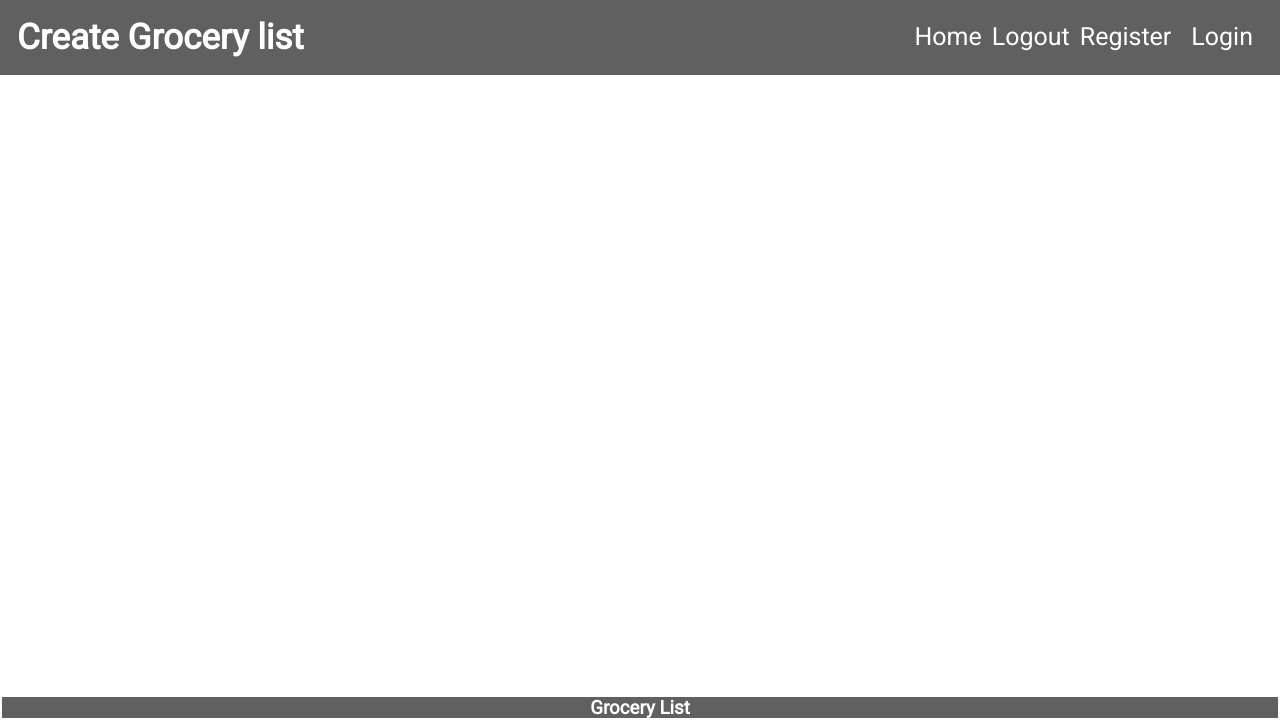
Repository: mhyder1/grocery-client
Page: /grocery-lists/1
The author's editor kept a copy of each file at every save. The page is drawn from the files as they stood at one save, then again after a run of saves.
The browser window is 1280 px wide. The pictures show the whole page.
The project was rebuilt for these pictures with package versions that can differ from the ones it lists, and the page was loaded fresh each time. Also part of the build but not shown: src/Components/Header/Header.js, src/Components/Errorpage/ErrorPage.js, src/Config/Config.js, src/services/AuthAPIService.js, src/services/TokenService.js, src/Components/Login/Login.js, src/Components/Validation/ValidationError.js, src/Components/BackButton/BackButton.js and 5 more.

Above is the page before, as saved 2020-12-22 10:27:12.

### src/index.js
import React from 'react';
import ReactDOM from 'react-dom';
import {BrowserRouter} from "react-router-dom";
import App from './App';



ReactDOM.render(
  <BrowserRouter>
    <App />
  </BrowserRouter>,
  document.getElementById('root')
);

### src/App.js
import React from "react";
import "./App.css"
import {Route } from "react-router-dom"
import Header from "./Components/Header/Header"
import Context from "./Context/Context"
import ErrorPage from "./Components/Errorpage/ErrorPage"
import Navbar from "./Components/Navbar/Navbar"
import Login from "./Components/Login/Login";
import ListForm from "./Components/ListForm/ListForm";
import CategoriesPage from "./Components/CategoriesPage/CategoriesPage";
import EditList from "./Components/EditList/EditList";
import Features from "./Components/Features/Features";
import Footer from "./Components/Footer/Footer";
import Register from "./Components/Register/Register";
import List from "./Components/Lists/List"
import GroceryList from "./Components/GroceryList/GroceryList"
import listData from "./listData"


class App extends React.Component {

  state = {
    lists: listData.lists,
    categories: listData.categories,
    user: {
      userName: "",
      user_id: "",
    },



    toggleComplete: (id) => {
      this.setState({
        lists: this.state.lists.map((list) => {
          if (list.id === id) {
            list.checked = !list.checked;
            let checked = list.checked;
            let listChecked = { id, checked };
          }
          return list;
         })

        })
      }

  };

  handleLogout = () => {

  }

  setLoggedInUserLists = (lists) => {

  }

  setCategories = (categories) => {
    this.setState({categories})
  }

  setUser = () => {

  }

  createList = (list) => {
    this.setState({
      lists: [...this.state.lists, list],
    });

  }

  deleteList = (listid) => {
    let newLists =this.state.lists.filter((lid) => lid.id !== listid);
      this.setState({
        lists: newLists
    })

  };

  updateList = (editList) => {
    this.setState({
      lists: this.state.lists.map((l) =>
        l.id !== editList.id ? l : editList
      ),
    });

  };
  render() {

    /* remove state from handler */
        let contextValue = {
         lists: this.state.lists,
         categories: this.state.categories,
         user: this.state.user,
         setLoggedInUserLists: this.state.setLoggedInUserLists,
         setUser: this.state.setUser,
         setCategories: this.setCategories,
         handleLogout: this.handleLogout,
         toggleComplete: this.state.toggleComplete,
         createList: this.createList,
         deleteList: this.deleteList,
          updateList: this.updateList,
    };
    return (

     <Context.Provider value = {contextValue}>
        <ErrorPage>
          <div className="App">
            <Route path="/" component={Navbar} />

            <Route exact path="/" component={Header} />
            <Route exact path="/login" component={ Login}/>

            <Route exact
            path={["/add-list", "/add-list/:category"]}
            component = {ListForm}
            />
            <Route exact path="/register" component={Register} />
            <Route
            exact
            path="/grocery-list-categories"
            component ={CategoriesPage}
             />
             <main>
               <div className="main-lists">
                 <Route
                   exact
                   path={[
                     "/grocery-list",
                     "/grocery-list/:id",
                     "/completed-list",
                     "/completed-lists/:id"
                   ]}
                   render={(props) => <GroceryList {...props} checked={false} />}
                 />
                 <Route
                   exact
                   path={[
                     "/grocery-list",
                     "/grocery-list/:id",
                     "/completed-list",
                     "/completed-lists/:id"
                   ]}
                   render={(props) => <GroceryList {...props} checked={true} />}
                 />
                 <div className="view-list">
                   <Route
                     exact
                     path={["/grocery-list/:id", "/completed-list/:id"]}
                     render={(props) => (
                       <List {...props} selected={this.state.selected} />
                     )}
                   >
                   </Route>
                 </div>
               </div>
               <Route
                 exact
                 path="/edit-list/:id"
                 render={(props) => (
                   <EditList />
                 )}
               />
               <Route exact path="/" component={Features} />
             </main>
             <Route path="/" component={Footer}/>
          </div>
        </ErrorPage>
      </Context.Provider>

    )
  }
}

export default App

### src/App.css
    * {
        box-sizing: border-box;
        font-family: 'Roboto', sans-serif;
        margin: 0;
        padding: 0;
    }

    body {
        margin: 0;
        padding: 0;
        height: 100%;
    }

    .delete-button,
    .edit-button,
    .close-button {
        margin: 5px;
        padding: 5px;
        font-size: 15px;
        margin-top: 15px;
        border-radius: 10px;
        background-color: #606060;
        border: 3px #606060 solid;
        box-shadow: 0 3px 0 #606060;
        color: white;
        cursor: pointer;
    }
    /* Todolist / main todos page */

    .completed-check-logo {
        position: relative;
        bottom: 25px;
        left: 5px;
        font-size: 30px;
        color: white;
    }

    .create-list-button {
        padding: 10px;
        font-size: 15px;
        margin-top: 15px;
        border-radius: 20px;
        background-color: #606060;
        border: 3px #606060 solid;
        box-shadow: 0 3px 0 #606060;
        cursor: pointer;
        transition: all 0.1s linear;
        color: white;
    }

    .create-list-button:active {
        color: white;
        box-shadow: 0 3px 0 #606060;
        transform: translateY(3px);
    }

    .create-list-button a {
        color: white;
    }

    .create-list-button a {
        text-decoration: none;
        color: white;
    }

    .pending-lists ul a {
        text-decoration: none;
    }

    .completed-lists,
    .pending-lists a:link {
        color: white;
        margin: 2px;
    }

    .completed-lists ul a {
        text-decoration: none;
    }

    .edit-delete-lists {
        display: inline-block;
        padding: 10px;
    }

    .GroceryList,
    .view-lists {
        flex: 1;
    }

    .main-lists {
        background: white;
        text-align: center;
        display: flex;
    }

    .inactive-form {
        display: none;
    }

    ul li {
        padding: 10px;
        list-style-type: none;
        border-radius: 20px;
        margin: 10px;
        background-color: #606060;
    }

    .list-textbox {
        padding: 5px;
        border: #606060 2px solid;
        border-radius: 10px;
        width: 75%;
        margin: 0 auto;
        margin-top: 5%;
    }

    ul {
        padding-left: 0;
    }

    .view-lists {
        display: flex;
        flex-direction: column;
        align-items: center;
    }

    .view-list-task {
        border: #606060 2px solid;
        background: #606060;
        border-radius: 20px;
        margin-top: 30px;
        width: 85%;
    }

    .view-list-category {
        color: white;
    }

    .list-details,
    .list-checkbox,
    .edit-delete-lists {
        margin-top: 10px;
    }

    .list-textbox {
        background: white;
        height: 20px;
    }

    .checkmark {
        height: 15px;
        width: 15px;
        background-color: #eee;
    }

    .checkmark p {
        font-size: 20px;
    }

    .list-checkbox {
        display: flex;
        justify-content: center;
    }
    /* Modal styling */

    .modal {
        position: fixed;
        top: 0;
        left: 0;
        width: 100%;
        height: 100%;
        background: white;
        color: white;
    }

    .modal-main {
        color: white;
        position: fixed;
        background: #606060;
        width: 80%;
        height: 60%;
        top: 50%;
        left: 50%;
        transform: translate(-50%, -50%);
    }

    .modal-main h2 {
        margin-top: 25px;
    }

    .display-block {
        display: block;
    }

    .display-none {
        display: none;
    }
    /* Edit form */

    .edit-lists {
        justify-content: center;
        justify-content: space-between;
    }

    .edit-form {
        color: white;
        display: flex;
        flex-direction: column;
        align-items: center;
        padding: 35px;
    }

    .edit-list-input {
        margin: 2px;
        color: white;
        border-radius: 20px;
        padding: 5px;
        width: 90%;
    }

    .edit-price-input {
        margin: 5px;
        border-radius: 20px;
        padding: 5px;
        width: 90%;
    }

    .edit-weight-input {
        margin: 2px;
        border-radius: 20px;
        padding: 5px;
        width: 90%;
    }

    .edit-note-input {
        margin: 5px;
        border-radius: 20px;
        padding: 5px;
        width: 90%;
        height: 100px;
    }

    .edit-list-label {
        color: white;
        font-size: 20px;
        padding: 5px;
    }

    .edit-section {
        height: 50vh;
        margin: auto;
        width: 100%;
        border: #606060 2px solid;
        background: #606060;
        border-radius: 20px;
        padding: 15px;
    }

    .edit-list-button {
        margin: 5px;
        padding: 5px;
        font-size: 15px;
        margin-top: 15px;
        border-radius: 10px;
        background-color: #606060;
        border: 3px white solid;
        box-shadow: 0 3px 0 #606060;
        color: white;
        cursor: pointer;
    }
    /* Features / get started homepage */

    .features {
        display: flex;
        flex-wrap: wrap;
        justify-content: space-evenly;
        background-color: #606060;
        padding: 150px;
    }

    .features-p {
        width: 45%;
        border: white 2px solid;
        border-radius: 20px;
        padding: 50px;
        margin: 15px;
        color: white;
    }

    .homepage-features {
        display: flex;
    }

    .features-check,
    .features-update,
    .features-star {
        font-size: 80px;
        color: white;
    }
    /* Footer */

    .footer {
        border: white 2px solid;
        background-color: #606060;
        color: white;
        height: 25px;
        position: fixed;
        bottom: 0;
        width: 100%;
    }

    @media screen and (min-width: 320px) and (max-width: 2000px) {
        .homepage-features {
            display: flex;
        }
        .features {
            display: flex;
            flex-wrap: wrap;
            justify-content: space-evenly;
            background-color: #606060;
            padding: 75px;
        }
        p {
            color: white;
        }
        .features-p {
            border: white 2px solid;
            padding: 77px;
            margin: 15px;
            width: 100%;
            color: white;
        }
    }

    @media screen and (min-width: 320px) and (max-width: 768px) {
        header {
            padding: 50px;
        }
        .features {
            padding: 122px;
        }
    }

    @media screen and (min-width: 320px) and (max-width: 425px) {
        .register-form {
            display: flex;
            flex-direction: column;
            align-items: center;
            border: grey 2px solid;
            width: 80%;
            padding: 50px;
            border-radius: 20px;
            margin-top: 10%;
        }
    }

### src/Context/Context.js
import React from "react";


let Context = React.createContext({
    lists: [],
    categories: [],
    setLoggedInUserLists: () => { },
    setUser: () => { },
    setCategories: () => { },
    handleLogout: () => { },
    toggleComplete: () => { },
    createList: () => { },
    deleteList: () => { },
    updateList: () => { },

});

export default Context;

### src/Components/Navbar/Navbar.js
import React from "react"
import { Link } from "react-router-dom";
import Context from "../../Context/Context"
import "./Navbar.css"

class Navbar extends React.Component {
    static contextType = Context

    render() {
        return (
            <nav>
                <div className="logo-section">
                    <h1>
                        <Link to="/grocery-list-categories">Create Grocery list</Link>
                    </h1>

                </div>

                <div className="nav-links">
                    <Link to="/grocery-list-categories">Home
                    </Link>

                    <button
                    type="submit"
                    className="logout-button"
                    >
                        Logout


                    </button>
                    <Link to ="/register">
                        <button
                        className="register-button" type="submit"
                        > Register

                        </button></Link>
                        <Link to ="/login">
                            <button type="submit" className="login-button">
                                Login

                            </button>
                        </Link>

                </div>


            </nav>
        );
    }


}

export default Navbar;

### src/Components/Footer/Footer.js
import React from "react";

function Footer() {
    return(
        <footer className="footer">
            <h3>Grocery List</h3>
        </footer>
    )
}


export default Footer;

### src/Components/Header/Header.css
.App {
    text-align: center;
}

header {
    padding: 200px;
}

header h2 {
    font-size: 35px;
    color: #0d0e18;
}

span {
    display: block;
}

.logo-section {
    display: flex;
    align-items: center;
}

.logo-check {
    font-size: 35px;
    color: #bec0cf;
}


/* button */

#create-here {
    padding: 14px;
    font-size: 20px;
    margin-top: 20px;
    border-radius: 20px;
    background-color: #929497;
    border: 3px #909499 solid;
    box-shadow: 0 3px 0 #5b5b5e;
    cursor: pointer;
    transition: all 0.1s linear;
}

#create-here:active {
    box-shadow: 0 3px 0 #929497;
    transform: translateY(3px);
}

#create-here a {
    text-decoration: none;
    color: white;
}

### src/Components/Navbar/Navbar.css
/* Navbar*/

nav {
    border: #606060 2px solid;
    background: #606060;
    padding: 15px;
    font-size: 30px;
    width: 100%;
    display: flex;
    justify-content: space-between;
    flex-wrap: wrap;
}

nav h1 {
    font-size: 35px;
}

.nav-links a {
    margin: 10px;
    font-size: 25px;
    color: white;
}

nav h1,
nav a {
    text-decoration: none;
    color: white;
}

nav a:hover {
    color: #36332c;
}

### src/Components/Login/Login.css
.credentials-section {
    display: flex;
    flex-direction: column;
    border: 2px solid grey;
    padding: 30px;
    border-radius: 20px;
    align-items: center;
    margin-top: 2%;
    background: #d4cdcb;
}

.create-account {
    padding: 15px;
    font-size: 25px;
}

.login-form-input {
    border-radius: 20px;
    padding: 5px;
    width: 90%;
}

.login-sign-in {
    padding: 12px;
    margin-top: 20px;
    border-radius: 20px;
    font-size: 20px;
    background-color: #595a5c;
    color: white;
    cursor: pointer;
}

.login-username,
.login-password {
    font-size: 20px;
    padding: 5px;
    color: #3d405b;
}

.login-form {
    display: flex;
    flex-direction: column;
    align-items: center;
}

.login-form {
    color: #3d405b;
}

.login-form h1 {
    margin-top: 25px;
}

.create-an-account {
    padding: 15px;
}

.register-button,
.logout-button,
.login-button {
    border: none;
    background: none;
    font-size: 25px;
    color: #3d405b;
    padding: 0;
}

register-button:hover,
.logout-button:hover,
.login-button:hover {
    color: #312f29;
}

### src/Components/ListForm/ListForm.css
.add-list-form {
    display: flex;
    flex-direction: column;
    align-items: center;
}

.add-list-button,
.back-button {
    margin: 5px;
    padding: 5px;
    font-size: 15px;
    margin-top: 15px;
    border-radius: 10px;
    background-color: #929497;
    border: 3px #929497 solid;
    box-shadow: 0 3px #929497;
    color: white;
    cursor: pointer;

}

.add-list-section {
    display: flex;
    flex-direction: column;
    align-items: center;
    border: 2px #929497 solid;
    border-radius: 20px;
    padding: 15px;
    width: 75%;
}

#category-dropdown {
    padding: 5px;
    margin: 10px;
    border-radius: 20px;
}

.list-label {
    font-size: 20px;
    padding: 5px;
    color: #3d405b;
}

.add-name-input {
    border-radius: 20px;
    padding: 5px;
    width: 60%;
}

.add-note-input {
    border-radius: 20px;
    padding: 5px;
    width: 60%;
    height: 100px;
}

.add-price-input{
    border-radius: 20px;
    padding: 5px;
    width: 30%;
    height: auto;

}

.add-Weight-input{
    border-radius: 20px;
    padding: 5px;
    width: 30%;
    height: auto;

}

.register-button {
    color: white;
}

.register-button:hover {
    color:#36332c;
}

.logout-button {
    color: white;
}

.login-button {
    color: white;
}

### src/Components/CategoriesPage/CategoriesPage.css
.categories-header h1 {
    color: 	#404040;
}




.veg {
    background-color: #606060;
    color: white;
}

.fruits {
    background-color: #606060;
    color: white;
}

.grain {
    background-color: #606060;
    color: white;
}

.frozen {
    background-color: #606060;
    color: white;
}

.btn {
    background-color: #606060;
}

.grocery-list-category.btn a {
    color: white;
    font-size: 20px;
    text-decoration: none;
}

.mis {
    background-color: #606060;
    color: white;
}

.grocery-list-categories {
    display: flex;
    justify-content: center;
    flex-wrap: wrap;
    margin: 10px auto;
    max-width: 1200px;
    flex-direction: column;
    padding-bottom: 10px;
}

.add-cat-button {
  background: white;
  border: 3px #929497 solid;
  box-shadow: 0 3px #929497;
  border-radius: 10px;
  height: 30px;
  width: 110px;
  margin: 10px;

}

.add-cat-button:hover {
    color: white;
    background: #D0D0D0
}

.add-cat-button a,
a:active {
  font-size: 15px;
  text-decoration: none;
  color: black;
}

.grocery-list-category {
  margin: 15px 2.5%;
  max-width: 1200px;
  padding: 50px;
  flex-basis: 45%;
  box-sizing: border-box;
  border-radius: 20px;
}
.categories-1-2,
.categories-3-4,
.categories-5 {
  flex: 1;
}






@media screen and (min-width: 767px) {
    .grocery-list-categories {
        flex-direction: row;
    }

    header.categories-header {
        padding: 45px;
    }



}

### src/Components/Register/Register.css
/* Register user page */

.register-user {
    display: flex;
    justify-content: center;
}

h2 {
    color: #606060;
}

.register-form {
    border-radius: 20px;
    background: #606060;
    display: flex;
    flex-direction: column;
    align-items: center;
    border: #606060 2px solid;
    width: 40%;
    padding: 50px;
    margin-top: 5%;
}

.register-form input {
    border-radius: 20px;
    padding: 5px;
    width: 90%;
}

.register-name,
.register-username,
.register-password,
.confirm-password {
    font-size: 20px;
    padding: 5px;
    color: white;
}

.register-error {
    border: 2px white solid;
    border-radius: 20px;
    padding: 5px;
    background: white;
    color: #3d405b;
}

.register-submit {
    border: white 2px solid;
    padding: 20px;
    margin-top: 20px;
    border-radius: 20px;
    font-size: 20px;
    background-color: #606060;
    color: white;
    cursor: pointer;
}

@media screen and (min-width: 320px) and (max-width: 425px) {
    .register-form {
        display: flex;
        flex-direction: column;
        align-items: center;
        border: grey 2px solid;
        width: 80%;
        padding: 50px;
        border-radius: 20px;
        margin-top: 10%;
    }
}

Loaded but not shown: public/index.html (common file); src/Components/GroceryList/GroceryList.js (98 lines, source omitted); src/Components/Lists/List.js (99 lines, source omitted); src/listData.js (71 lines, source omitted)

After the next 6 saves:
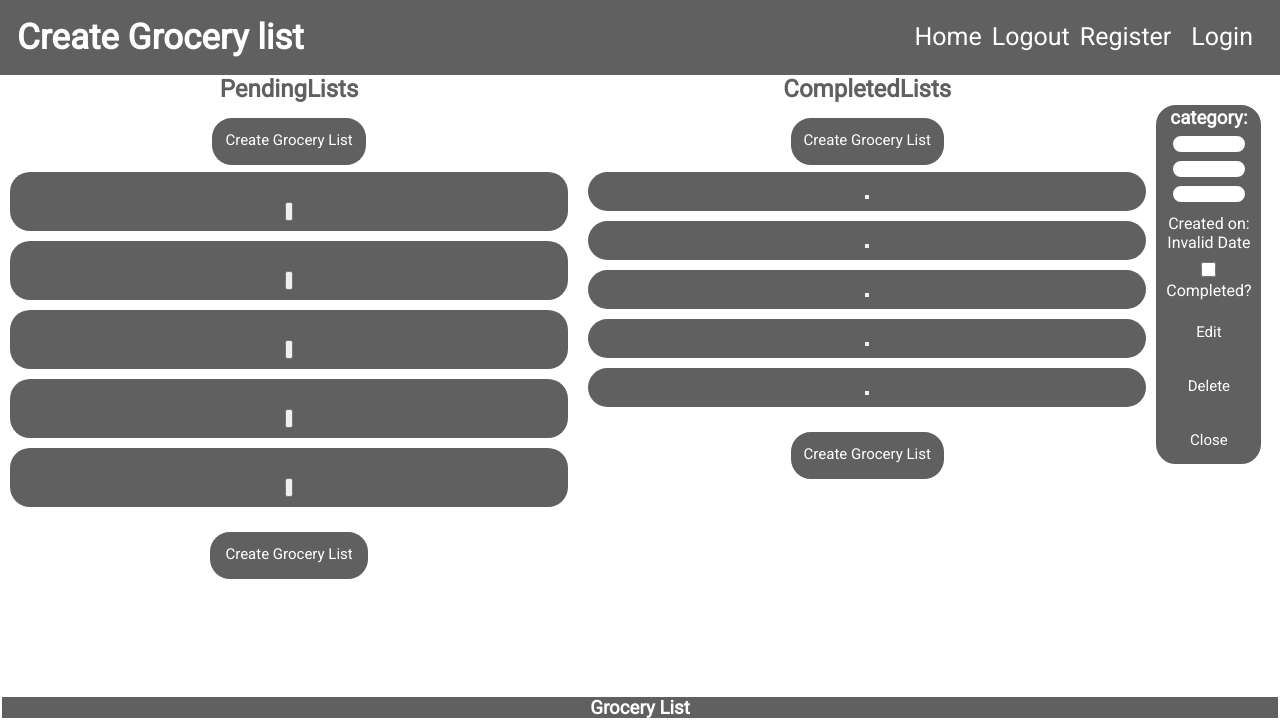
The 6 saves are shown as one change because 5 did not build or start.
The last was saved 4 h 40 min later.
--- a/src/App.js
+++ b/src/App.js
@@ -1,6 +1,6 @@
 import React from "react";
 import "./App.css"
-import {Route } from "react-router-dom"
+import { Route } from "react-router-dom"
 import Header from "./Components/Header/Header"
 import Context from "./Context/Context"
 import ErrorPage from "./Components/Errorpage/ErrorPage"
@@ -60,13 +60,24 @@ class App extends React.Component {
   setUser = () => {
 
   }
+  /* unable to create new list */
 
-  createList = (list) => {
+  createList = (event) => {
+    let lists = event.target.lists.value;
+      // name: event.target.value,
+      // note: event.target.value,
+      // price: event.target.value,
+      // weight: event.target.value,
+      // category: event.target.value,
+
+    let newLists = event.target.lists;
+    newLists.push(lists)
     this.setState({
-      lists: [...this.state.lists, list],
+      lists: [...this.state.lists, newLists],
     });
 
   }
+  /* unable to delete list */
 
   deleteList = (listid) => {
     let newLists =this.state.lists.filter((lid) => lid.id !== listid);
@@ -75,6 +86,8 @@ class App extends React.Component {
     })
 
   };
+
+  /* unable to update list */
 
   updateList = (editList) => {
     this.setState({
@@ -86,12 +99,11 @@ class App extends React.Component {
   };
   render() {
 
-    /* remove state from handler */
-        let contextValue = {
+    let contextValue = {
          lists: this.state.lists,
          categories: this.state.categories,
          user: this.state.user,
-         setLoggedInUserLists: this.state.setLoggedInUserLists,
+         setLoggedInUserLists: this.setLoggedInUserLists,
          setUser: this.state.setUser,
          setCategories: this.setCategories,
          handleLogout: this.handleLogout,
@@ -102,7 +114,7 @@ class App extends React.Component {
     };
     return (
 
-     <Context.Provider value = {contextValue}>
+     <Context.Provider value={contextValue}>
         <ErrorPage>
           <div className="App">
             <Route path="/" component={Navbar} />
@@ -125,44 +137,55 @@ class App extends React.Component {
                  <Route
                    exact
                    path={[
-                     "/grocery-list",
-                     "/grocery-list/:id",
-                     "/completed-list",
+                     "/grocery-lists",
+                     "/grocery-lists/:id",
+                     "/completed-lists",
                      "/completed-lists/:id"
+
                    ]}
                    render={(props) => <GroceryList {...props} checked={false} />}
+
                  />
-                 <Route
+                  <Route
                    exact
                    path={[
-                     "/grocery-list",
-                     "/grocery-list/:id",
-                     "/completed-list",
+                     "/grocery-lists",
+                     "/grocery-lists/:id",
+                     "/completed-lists",
                      "/completed-lists/:id"
+
                    ]}
                    render={(props) => <GroceryList {...props} checked={true} />}
+
                  />
                  <div className="view-list">
                    <Route
                      exact
-                     path={["/grocery-list/:id", "/completed-list/:id"]}
+                     path={["/grocery-lists/:id", "/completed-lists/:id"]}
                      render={(props) => (
-                       <List {...props} selected={this.state.selected} />
+                       <List {...props} selected={this.selected} />
                      )}
                    >
+
                    </Route>
+
                  </div>
+
                </div>
                <Route
                  exact
-                 path="/edit-list/:id"
+                 path="/edit-lists/:id"
                  render={(props) => (
-                   <EditList />
+                   <EditList   />
                  )}
                />
                <Route exact path="/" component={Features} />
+
              </main>
+
              <Route path="/" component={Footer}/>
+
+
           </div>
         </ErrorPage>
       </Context.Provider>
